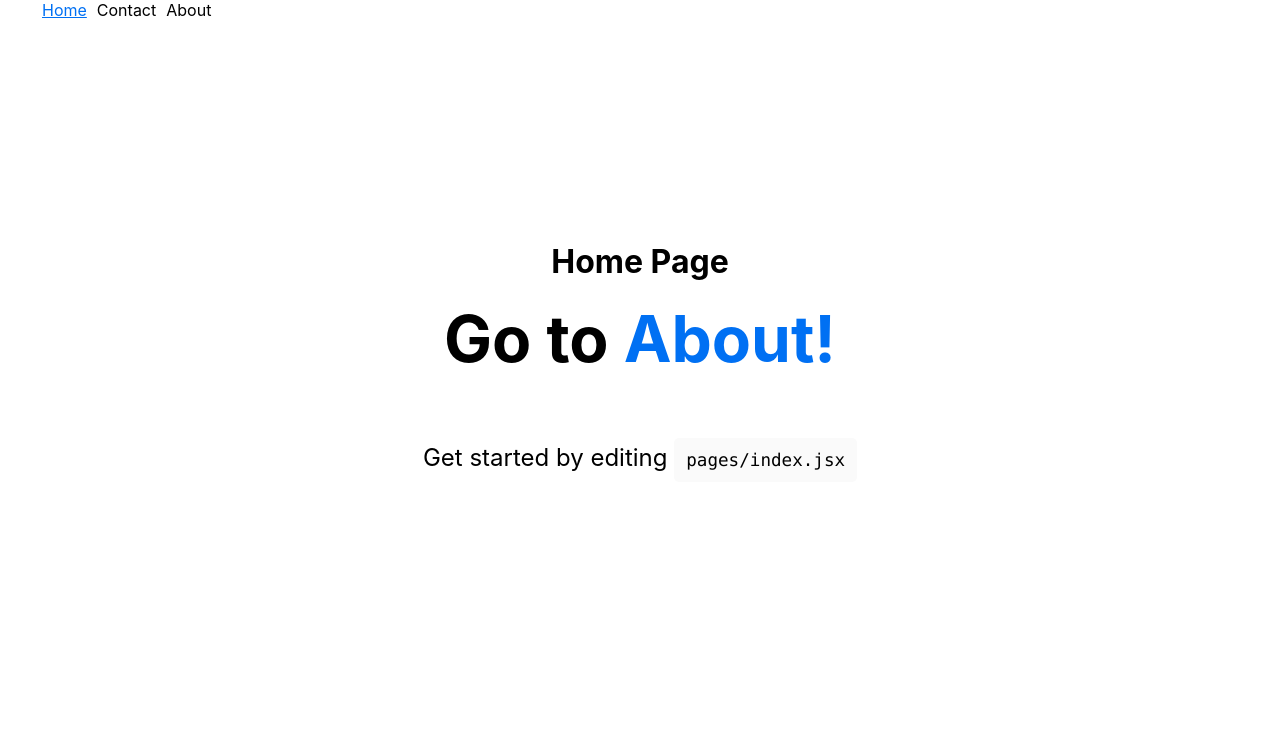
Repository: juagarc4/next-vercel-deploy
Page: /
These files come from the project's save history. The page is drawn as it stood at one moment and after the next save; the edit follows.
The browser window is 1280 px wide. The pictures show the whole page.
The project was rebuilt for these pictures with package versions that can differ from the ones it lists, and the page was loaded fresh each time. The framework's server and built-in components were replaced by stand-ins that run in the browser. Also part of the build but not shown: next.config.js.

Above is the page before, as saved 2022-04-28 21:06:34.

### pages/index.jsx
import Head from 'next/head'
import Link from 'next/link'
import { Navbar } from '../components/Navbar'
import styles from '../styles/Home.module.css'

export default function HomePage() {
  return (
    <div className={styles.container}>
      <Head>
        <title>Home - Initial App</title>
        <meta name='description' content='Home Page' />
        <link rel='icon' href='/favicon.ico' />
      </Head>
     <Navbar/>
      <main className={styles.main}>
        <h1>Home Page</h1>
        <h1 className={styles.title}>
          Go to <Link href='/about'>About!</Link>
        </h1>

        <p className={styles.description}>
          Get started by editing <code className={styles.code}>pages/index.jsx</code>
        </p>
      </main>
    </div>
  )
}

### components/Navbar.jsx
import styles from './Navbar.module.css'
import { ActiveLink } from './ActiveLink'

export const Navbar = () => {
  return (
    <nav className={styles.menu}>
      <ActiveLink text='Home' href='/' />
      <ActiveLink text='Contact'href='/contact' />
      <ActiveLink text='About' href='/about'/>
    </nav>
  )
}

### components/Navbar.module.css
.menu a {
  padding: 0 0 0 10px;
}

### components/ActiveLink.jsx
import { useRouter } from "next/router"
import Link from "next/link"

const style = {
  color: '#0070f3',
  textDecoration:'underline'
}

export const ActiveLink = ({text, href}) => {
  const { asPath } = useRouter()

  return (
    <Link href={href}>
      <a style={asPath === href ? style : null}>{text}</a>
    </Link>
  )
}

Loaded but not shown: pages/_app.js (common file); styles/globals.css (common file); styles/Home.module.css (common file)

After the next save:
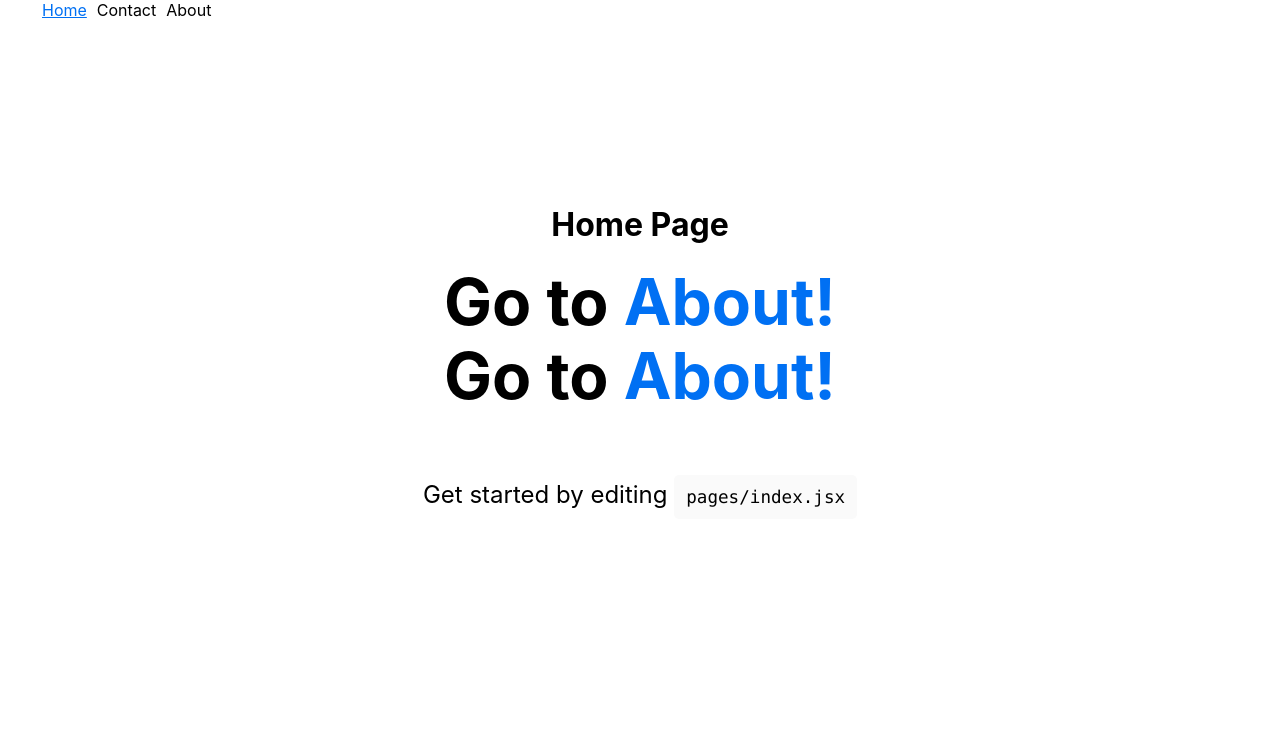
Saved 10 s later.
--- a/pages/index.jsx
+++ b/pages/index.jsx
@@ -17,6 +17,9 @@ export default function HomePage() {
         <h1 className={styles.title}>
           Go to <Link href='/about'>About!</Link>
         </h1>
+        <h1 className={styles.title}>
+          Go to <Link href='/about'>About!</Link>
+        </h1>
 
         <p className={styles.description}>
           Get started by editing <code className={styles.code}>pages/index.jsx</code>
